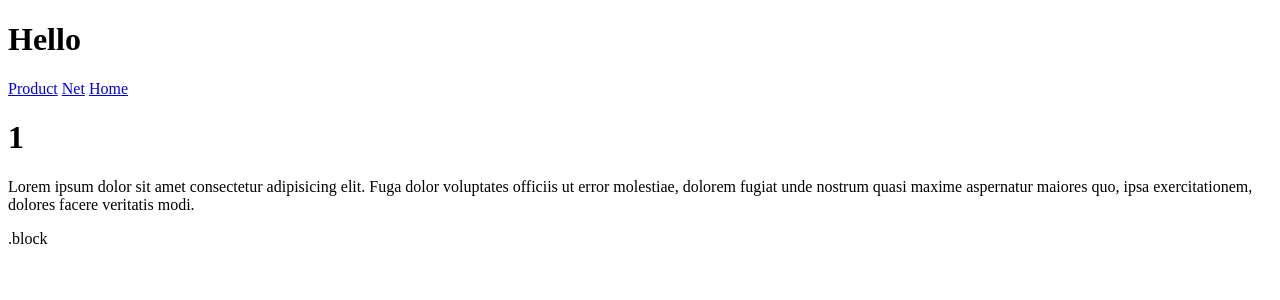
Repository: Nguyen-Toan-2004/du-an-test
Page: index.html
The author's editor kept a copy of each file at every save. The page is drawn from the files as they stood at one save, then again after a run of saves.
The browser window is 1280 px wide. The pictures show the whole page.

Above is the page before, as saved 2025-10-20 19:52:40.

### index.html
<!DOCTYPE html>
<html lang="en">
  <head>
    <meta charset="UTF-8" />
    <meta name="viewport" content="width=device-width, initial-scale=1.0" />
    <title>Index</title>
  </head>
  <style>
    p{
      display: grid;
      grid-template-columns: repeat();

    }
  </style>
  <body>
    <h1>Hello</h1>
    <a href="product.htm">Product</a>
    <a href="net.htm">Net</a>
    <a href="home.html">Home</a>
    <h1>1</h1>
    <p>
      Lorem ipsum dolor sit amet consectetur adipisicing elit. Fuga dolor
      voluptates officiis ut error molestiae, dolorem fugiat unde nostrum quasi
      maxime aspernatur maiores quo, ipsa exercitationem, dolores facere
      veritatis modi.
    </p>
    <div>
      .block
    </div>
  </body>
</html>

After the next 14 saves:
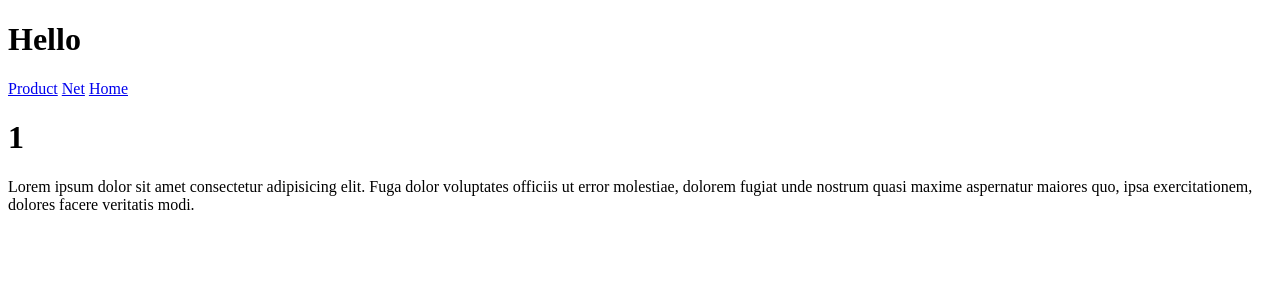
The 14 saves are shown as one change because they came seconds apart.
The last was saved 25 s later.
--- a/index.html
+++ b/index.html
@@ -9,6 +9,9 @@
     p{
       display: grid;
       grid-template-columns: repeat();
+
+    }
+    .container{
 
     }
   </style>
@@ -24,8 +27,13 @@
       maxime aspernatur maiores quo, ipsa exercitationem, dolores facere
       veritatis modi.
     </p>
-    <div>
-      .block
+    <div class="container">
+      <div class="block"></div>
+      <div class="block"></div>
+      <div class="block"></div>
+      <div class="block"></div>
+      <div class="block"></div>
+      <div class="block"></div>
     </div>
   </body>
 </html>
